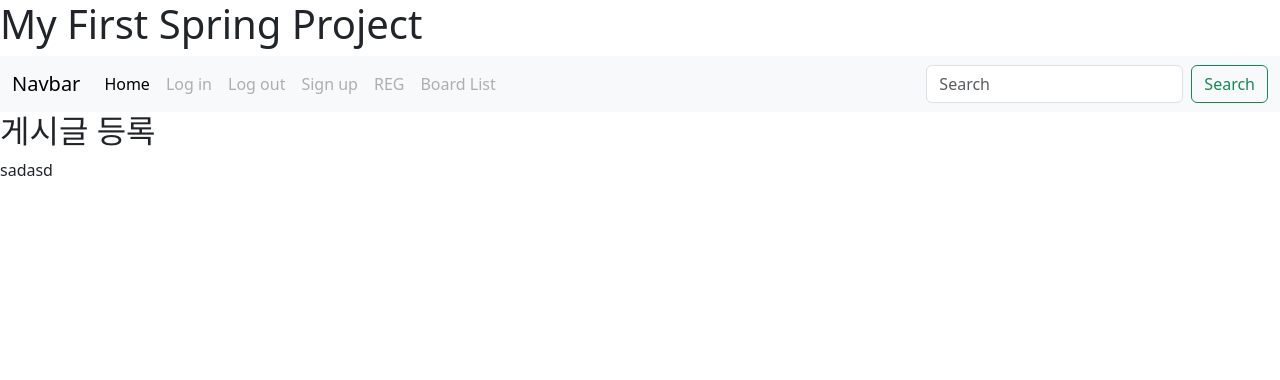
Repository: dfhdfhdfsza/springtest
Page: http://localhost/spring-Test/WEB-INF/views/board/register.jsp
The author's editor kept a copy of each file at every save. The page is drawn from the files as they stood at one save, then again after the next save.
The browser window is 1280 px wide. The pictures show the whole page.
The page is served by Tomcat 9. Nobody is signed in. The template is opened directly, without the code that normally fills it, so the values that code supplies are empty.

Above is the page before, as saved 2023-10-05 07:27:04.

After the next save:
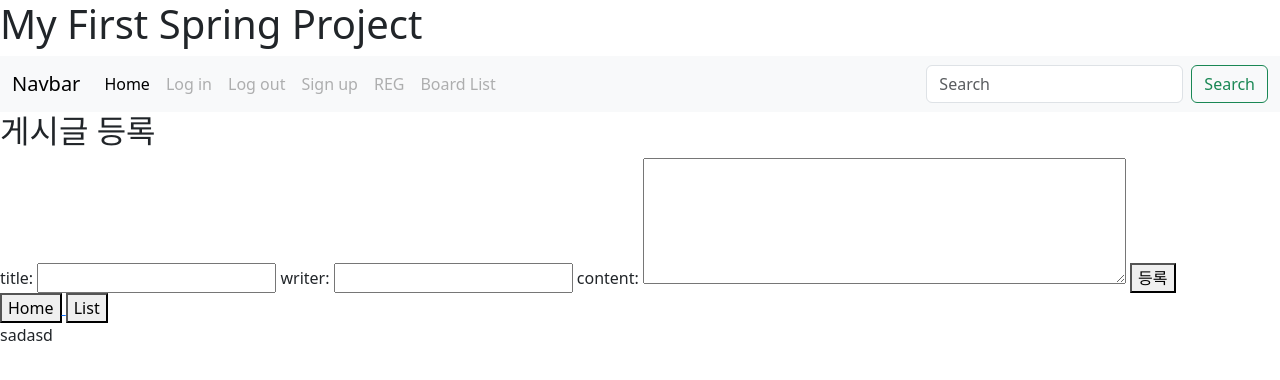
Saved 2 min 30 s later.
--- a/spring-Test/src/main/webapp/WEB-INF/views/board/register.jsp
+++ b/spring-Test/src/main/webapp/WEB-INF/views/board/register.jsp
@@ -13,8 +13,17 @@
 	<h2>게시글 등록</h2>
 	<!-- mapping 상태는 get/post가 별도의 mapping을 가짐 -->
 	<form action="/board/register" method="post">
-
+		title: <input type="text" name="title">
+		writer: <input type="text" name="writer">
+		content: <textarea rows="5" cols="50" name="content"></textarea>
+		<button type="submit">등록</button>
 	</form>
+	<a href="/">
+		<button type="button">Home</button>
+	</a>
+	<a href="/board/List">
+		<button type="button">List</button>
+	</a>
 	<jsp:include page="../layout/footer.jsp"></jsp:include>
 </body>
 </html>
